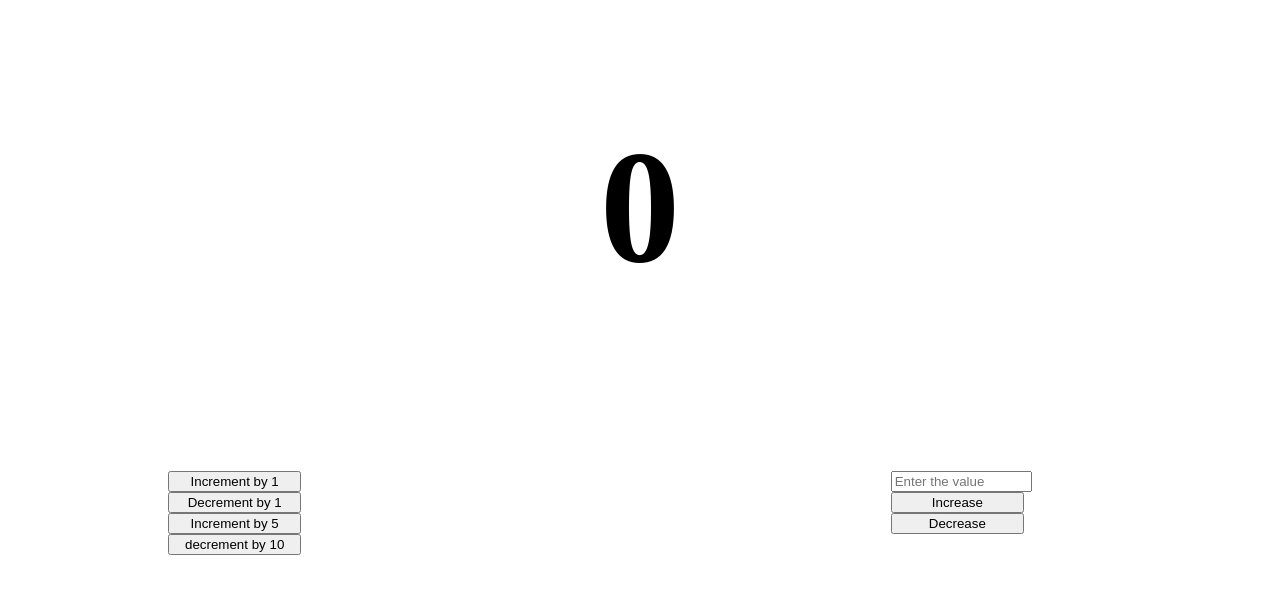
Repository: drumsmanku/micro-project-2
Page: index.html
The author's editor kept a copy of each file at every save. The page is drawn from the files as they stood at one save, then again after the next save.
The browser window is 1280 px wide. The pictures show the whole page.

Above is the page before, as saved 2023-04-07 19:38:38.

After the next save:
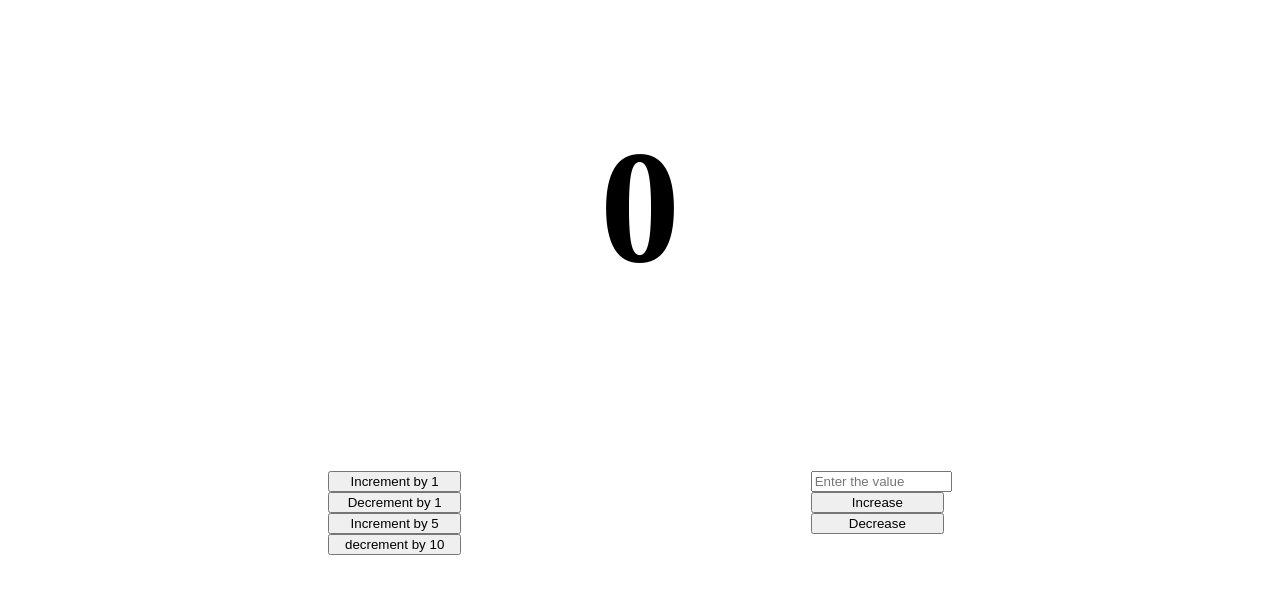
Saved 16 s later.
--- a/style.css
+++ b/style.css
@@ -19,7 +19,7 @@
 .second-first-part{
   display: flex;
   flex-direction: column;
-  margin-left: 10rem;
+  margin-left: 20rem;
 }
 
 .second-first-part button{
@@ -29,7 +29,7 @@
 .second-second-part{
   display: flex;
   flex-direction: column;
-  margin-right: 15rem;
+  margin-right: 20rem;
 }
 
 .second-second-part button,input{
